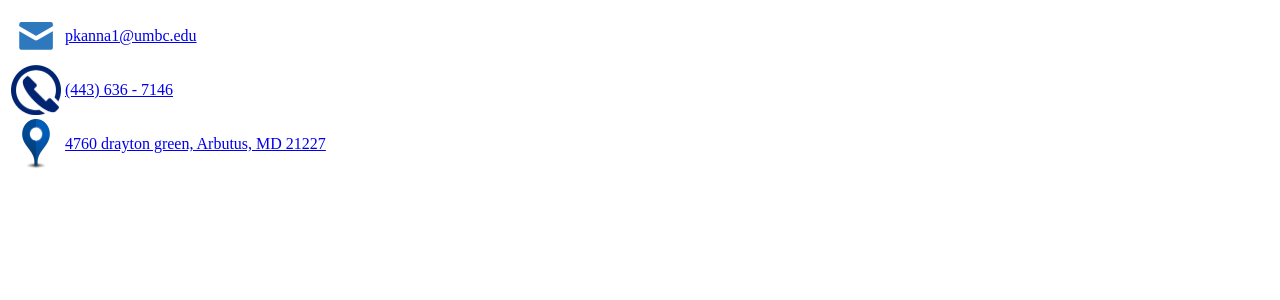
Repository: phanindrakannaji/Resume
Page: http://localhost/application/pages/education.php
The author's editor kept a copy of each file at every save. The page is drawn from the files as they stood at one save, then again after the next save.
The browser window is 1280 px wide. The pictures show the whole page.
The page is run by PHP 8.4 with error messages shown; the project is at /var/www/html/.

Above is the page before, as saved 2016-09-25 04:21:11.
Console error: ReferenceError: $ is not defined

After the next save:
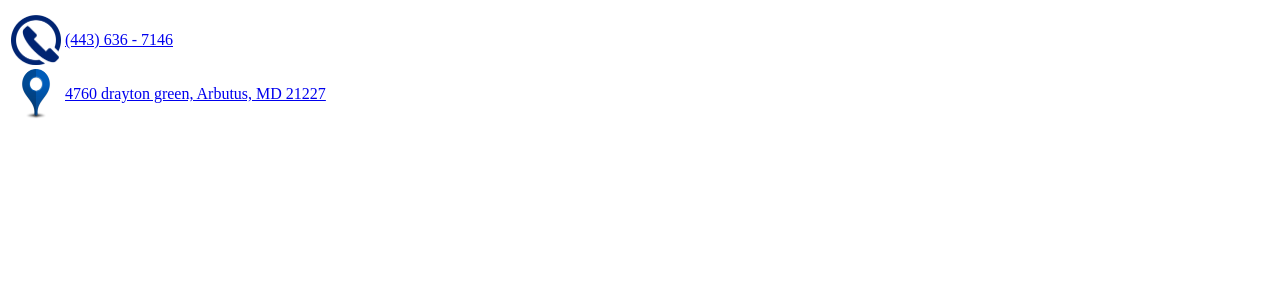
Saved 3 min 39 s later.
--- a/Resume/application/pages/education.php
+++ b/Resume/application/pages/education.php
@@ -2,9 +2,8 @@
 <table>
 	<tbody>
 		<tr>
-			<td width="10%" style="text-align: center;"><img height="50" width="50"
-				src="../resources/images/emaillogo.png" /></td>
-			<td class="customfont2 normaltext" width="90%"><a href="mailto:pkanna1@umbc.edu" target="_top">pkanna1@umbc.edu</a></td>
+			<td width="10%"></td>
+			<td class="customfont2 normaltext" width="90%"></td>
 		</tr>
 		<tr>
 			<td width="10%" style="text-align: center;"><img height="50" width="50"
